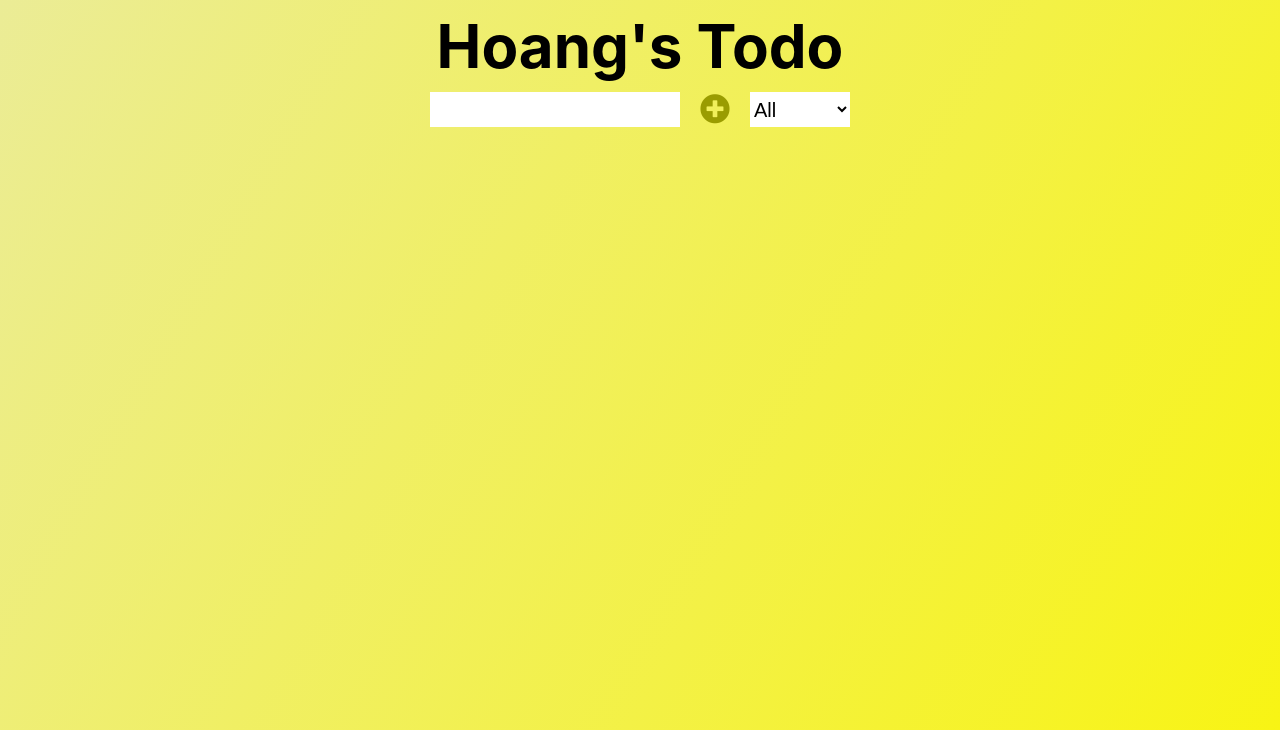
Repository: DinhHoang0607/TodoReact
Page: /
The author's editor kept a copy of each file at every save. The page is drawn from the files as they stood at one save, then again after the next save.
The browser window is 1280 px wide. The pictures show the whole page.
Some web libraries are served in a nearby version. The project was rebuilt for these pictures with package versions that can differ from the ones it lists, and the page was loaded fresh each time.

Above is the page before, as saved 2021-09-09 23:47:00.

### public/index.html
<!DOCTYPE html>
<html lang="en">
  <head>
    <meta charset="utf-8" />
    <link rel="icon" href="%PUBLIC_URL%/favicon.ico" />
    <meta name="viewport" content="width=device-width, initial-scale=1" />
    <meta name="theme-color" content="#000000" />
    <meta
      name="description"
      content="Web site created using create-react-app"
    />
    <link rel="apple-touch-icon" href="%PUBLIC_URL%/logo192.png" />
    <!--
      manifest.json provides metadata used when your web app is installed on a
      user's mobile device or desktop. See https://developers.google.com/web/fundamentals/web-app-manifest/
    -->
    <link rel="stylesheet" href="https://pro.fontawesome.com/releases/v5.10.0/css/all.css" integrity="sha384-AYmEC3Yw5cVb3ZcuHtOA93w35dYTsvhLPVnYs9eStHfGJvOvKxVfELGroGkvsg+p" crossorigin="anonymous"/>
    <link rel="manifest" href="%PUBLIC_URL%/manifest.json" />
    <!--
      Notice the use of %PUBLIC_URL% in the tags above.
      It will be replaced with the URL of the `public` folder during the build.
      Only files inside the `public` folder can be referenced from the HTML.

      Unlike "/favicon.ico" or "favicon.ico", "%PUBLIC_URL%/favicon.ico" will
      work correctly both with client-side routing and a non-root public URL.
      Learn how to configure a non-root public URL by running `npm run build`.
    -->
    <title>React App</title>
  </head>
  <body>
    <noscript>You need to enable JavaScript to run this app.</noscript>
    <div id="root"></div>
    <!--
      This HTML file is a template.
      If you open it directly in the browser, you will see an empty page.

      You can add webfonts, meta tags, or analytics to this file.
      The build step will place the bundled scripts into the <body> tag.

      To begin the development, run `npm start` or `yarn start`.
      To create a production bundle, use `npm run build` or `yarn build`.
    -->
  </body>
</html>

### src/App.js
import "./App.css";
import React from "react";
import Form from "./components/Form";

function App() {
  return (
    <div className="App">
      <header>
        <h1>Hoang's Todo</h1>
      </header>
      <Form />
    </div>
  );
}

export default App;

### src/App.css
*,
*::before,
*::after {
  box-sizing: border-box;
  padding: 0;
  margin: 0;
}
html {
  font-size: 62.5%;
}
body {
  width: 100%;
  height: 100vh;
  background-image: linear-gradient(120deg, #ebec96 0%, #f8f414 100%);
}
header {
  font-size: 3rem;
  margin: 1rem auto;
}
header,
form {
  display: flex;
  justify-content: center;
  align-items: center;
}
.form__input {
  width: 25rem;
  height: 3.5rem;
  border: none;
  background: white;
}
.btn {
  cursor: pointer;
}
.form__btn {
  color: #9a9c01;
  margin: auto 2rem;
  /* width: 3.5rem;
  height: 3.5rem; */
  /* border-radius: 50%; */
  font-size: 3rem;
  border: none;
  transition: all 0.3s ease;
  background: none;
}
.form__btn:hover {
  color: rgb(27, 247, 255);
}
.select__item {
  width: 10rem;
  height: 3.5rem;
  border: none;
  background: white;
  font-size: 2rem;
}

### src/components/Form.js
import React from "react";
const Form = () => {
  return (
    <form className="form">
      <input type="text" className="form__input" />
      <button className="form__btn btn" type="submit">
        <i class="fas fa-plus-circle"></i>
      </button>
      <div className="form__select">
        <select name="items" className="select__item">
          <option value="all" selected="selected">
            All
          </option>
          <option value="completed">Completed</option>
          <option value="inProcess">InProcess</option>
        </select>
      </div>
    </form>
  );
};

export default Form;

Loaded but not shown: src/index.js (common file); src/index.css (common file); src/reportWebVitals.js (common file)

After the next save:
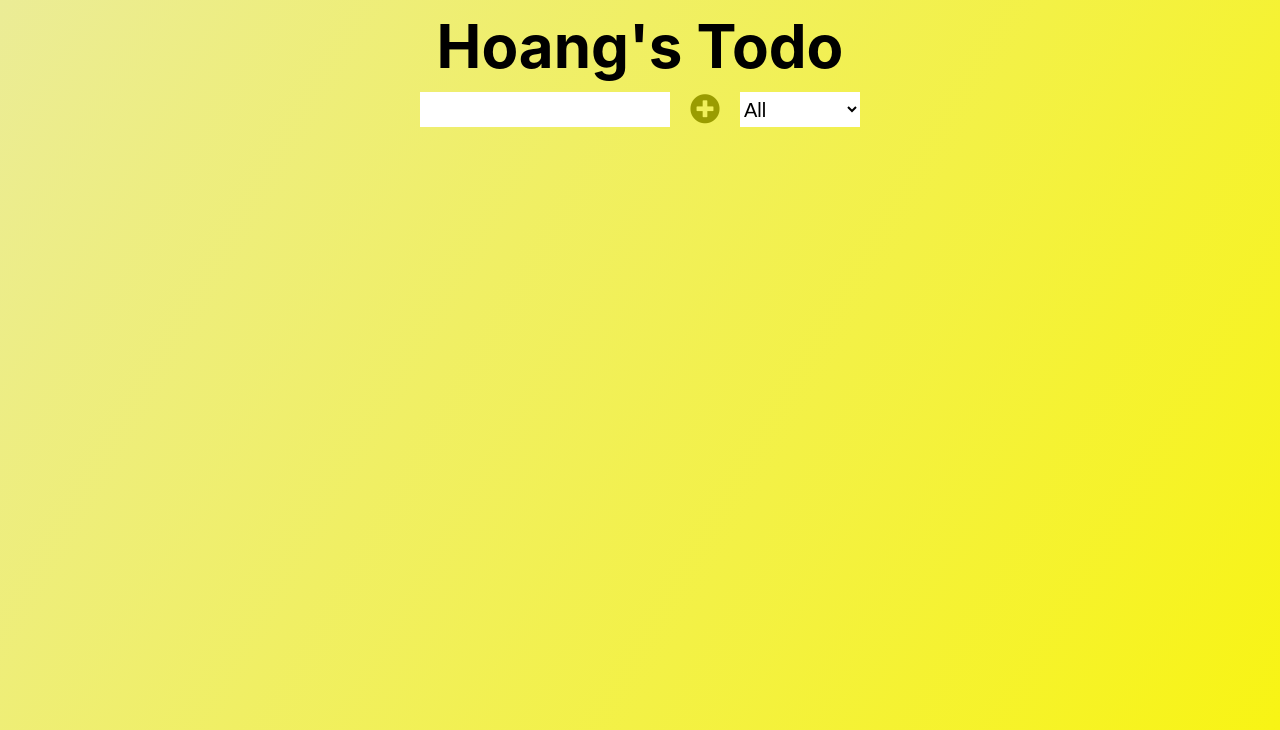
Saved 8 s later.
--- a/src/App.css
+++ b/src/App.css
@@ -47,7 +47,7 @@ form {
   color: rgb(27, 247, 255);
 }
 .select__item {
-  width: 10rem;
+  width: 12rem;
   height: 3.5rem;
   border: none;
   background: white;
